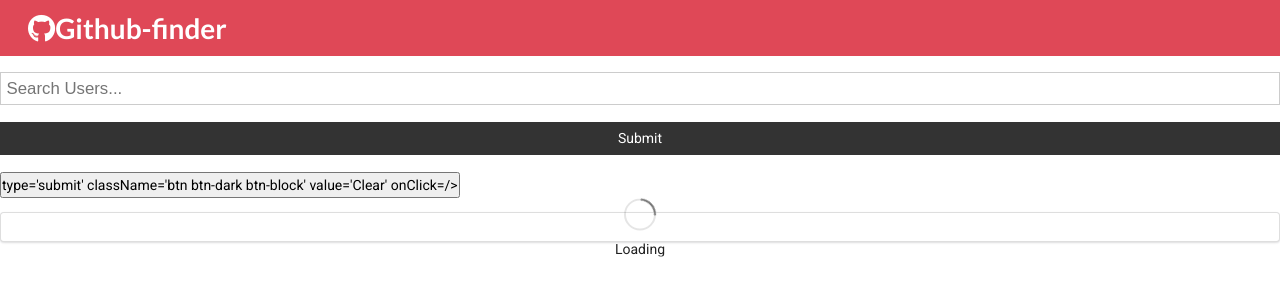
Repository: Tambarie/github-finder
Page: /
An editor plug-in stored every save of this project. The page is shown before and after the next save, followed by the edit.
The browser window is 1280 px wide. The pictures show the whole page.
The page's requests for data from a server got no answer. Some web libraries are served in a nearby version. The project was rebuilt for these pictures with package versions that can differ from the ones it lists, and the page was loaded fresh each time. No one was signed in, and anything a server would have sent is missing. Also part of the build but not shown: src/components/users/UserItem.js.

Above is the page before, as saved 2021-11-10 02:12:37.

### src/App.js
import axios from 'axios'
import React, { useState, useEffect } from 'react'
import './App.css'
import Navbar from './components/layouts/Navbar'
import Users from './components/users/Users'
import Search from './components/users/Search'

const App = () => {
  const [users, setUsers] = useState([])
  const [state, setState] = useState(true)

  const searchUsers = async (text) => {
    const response = await axios(
      `https://api.github.com/search/users?q=${text}&client_id=${process.env.REACT_APP_GITHUB_CLIENT_ID}&client_secret=${process.env.REACT_APP_GITHUB_CLIENT_SECRET}`
    )
    setUsers(response.data.items)
    setState(false)
  }

  useEffect(() => {
    searchUsers()
  }, [])

  const clearUsers = () => {
    searchUsers('')
  }
  const title = 'Github-finder'
  const icon = 'fab fa-github'
  return (
    <div className='App'>
      <Navbar title={title} icon={icon} />
      <Search searchUsers={searchUsers} clearUsers={clearUsers} />
      <Users loading={state} users={users} />
    </div>
  )
}

export default App

### src/components/layouts/Navbar.js
import React from 'react'
import { PropTypes } from 'prop-types'

const Navbar = ({ title, icon }) => {
  return (
    <nav className='navbar bg-primary'>
      <h1>
        <i className={icon} />
        {title}
      </h1>
    </nav>
  )
}

Navbar.propTypes = {
  title: PropTypes.string.isRequired,
  icon: PropTypes.string.isRequired,
}
Navbar.defaultProps = {
  title: 'Github-Finder',
  icon: 'fab fa-github',
}
export default Navbar

### src/components/users/Users.js
import React from 'react'
import UserItem from './UserItem'
import Spinner from '../layouts/Spinner'

const Users = ({ loading, users }) => {
  if (loading) {
    return <Spinner />
  } else {
    return (
      <div style={userStyle}>
        {users.map((user) => (
          <UserItem key={user.id} user={user} />
        ))}
      </div>
    )
  }
}

const userStyle = {
  display: 'grid',
  gridTemplateColumns: 'repeat(3,1fr)',
  gridGap: '1rem',
}

export default Users

### src/components/users/Search.js
import React, { useState } from 'react'

const Search = ({ searchUsers, clearUsers }) => {
  const [text, setText] = useState('')

  const handleSubmit = (e) => {
    e.preventDefault()
    searchUsers(text)
    setText('')
  }

  return (
    <div>
      <form onSubmit={handleSubmit} className='form'>
        <input
          type='text'
          name='text'
          value={text}
          placeholder='Search Users...'
          onChange={(e) => setText(e.target.value)}
        />
        <input type='submit' className='btn btn-dark btn-block' Submit />
      </form>

      <button>
        type='submit' className='btn btn-dark btn-block' value='Clear' onClick=
        {clearUsers}
        />
      </button>
    </div>
  )
}

export default Search

### src/components/layouts/Spinner.js
import React from 'react'

export const Spinner = () => {
  return (
    <div className='ui segment'>
      <div className='ui active inverted dimmer'>
        <div className='ui text loader'>Loading</div>
      </div>
      <p></p>
    </div>
  )
}

export default Spinner;

Loaded but not shown: public/index.html (common file); src/index.js (common file); src/App.css (common file)

After the next save:
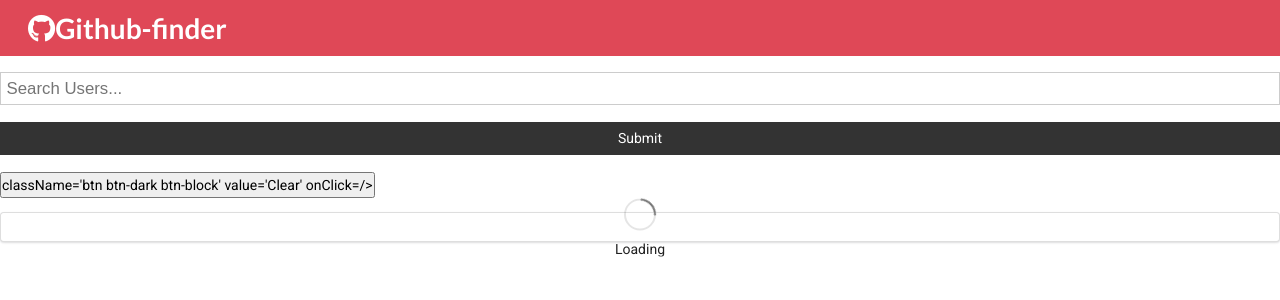
Saved 4 s later.
--- a/src/components/users/Search.js
+++ b/src/components/users/Search.js
@@ -23,7 +23,7 @@
       </form>
 
       <button>
-        type='submit' className='btn btn-dark btn-block' value='Clear' onClick=
+        className='btn btn-dark btn-block' value='Clear' onClick=
         {clearUsers}
         />
       </button>
